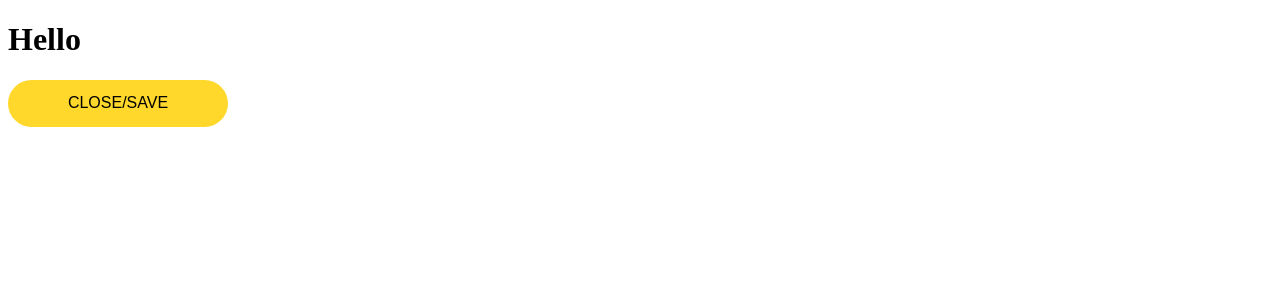
Repository: hanss007/fav-note
Page: /
An editor plug-in stored every save of this project. The page is shown before and after the next save, followed by the edit.
The browser window is 1280 px wide. The pictures show the whole page.
The project was rebuilt for these pictures with package versions that can differ from the ones it lists, and the page was loaded fresh each time.

Above is the page before, as saved 2020-11-17 08:40:26.

### src/index.js
import React from 'react';
import ReactDOM from 'react-dom';
import Root from 'view/Root/Root';

ReactDOM.render(<Root />, document.getElementById('root'));

### src/view/Root/Root.js
import React from 'react';
import Button from 'components/Button/Button';

const Root = () => (
  <div>
    <h1>Hello</h1>
    <Button>close/save</Button>
  </div>
);

export default Root;

### src/components/Button/Button.js
import styled from 'styled-components';

const Button = styled.button`
  padding: 0;
  background-color: #ffd82b;
  width: 220px;
  height: 47px;
  border: none;
  border-radius: 50px;
  font-family: 'Montserrat', sans-serif;
  font-weight: 500;
  font-size: 16px;
  text-transform: uppercase;
`;

export default Button;

Loaded but not shown: public/index.html (common file)

After the next save:
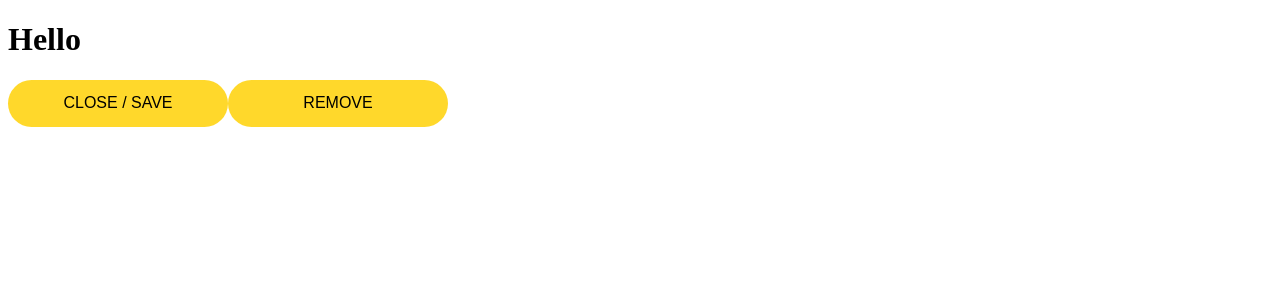
Saved 81 s later.
--- a/src/view/Root/Root.js
+++ b/src/view/Root/Root.js
@@ -4,7 +4,8 @@ import Button from 'components/Button/Button';
 const Root = () => (
   <div>
     <h1>Hello</h1>
-    <Button>close/save</Button>
+    <Button>Close / Save</Button>
+    <Button>Remove</Button>
   </div>
 );
 
